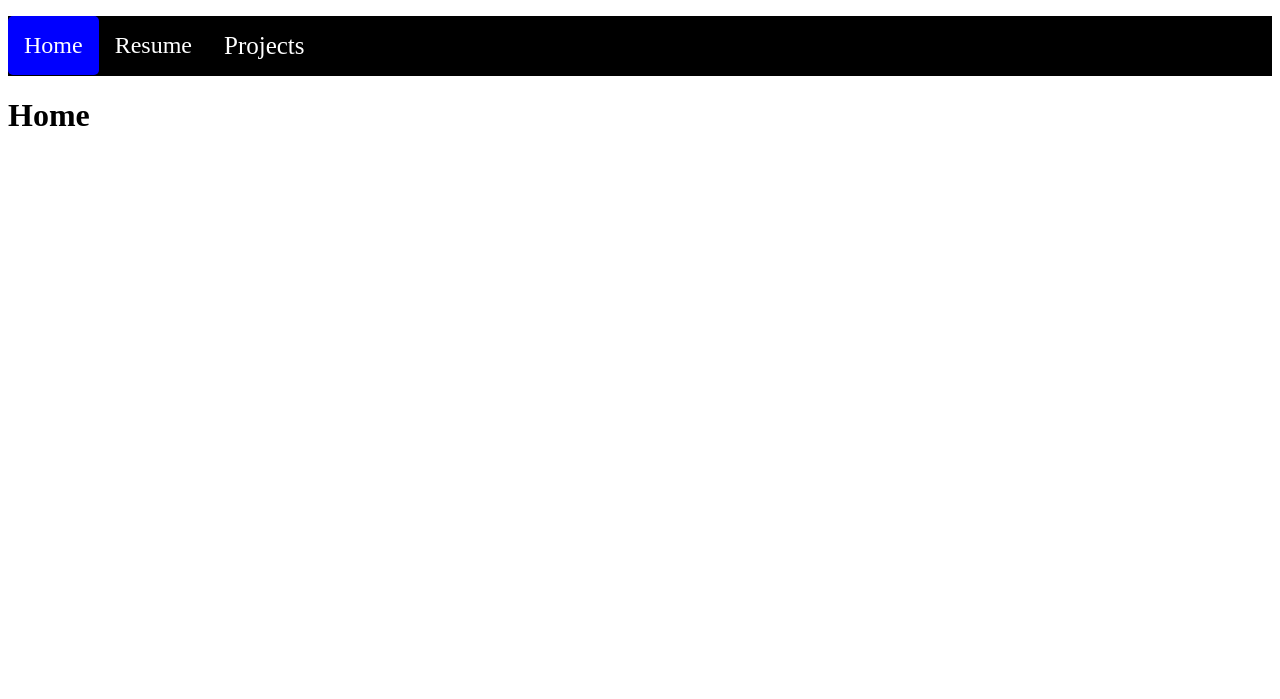
Repository: GunnarStone/GunnarStone.github.io
Page: index.html
The author's editor kept a record of every edit. The page is drawn from the files as they stood at one moment, then again after the next edit.
The browser window is 1280 px wide. The pictures show the whole page.

Above is the page before.

After the next edit:
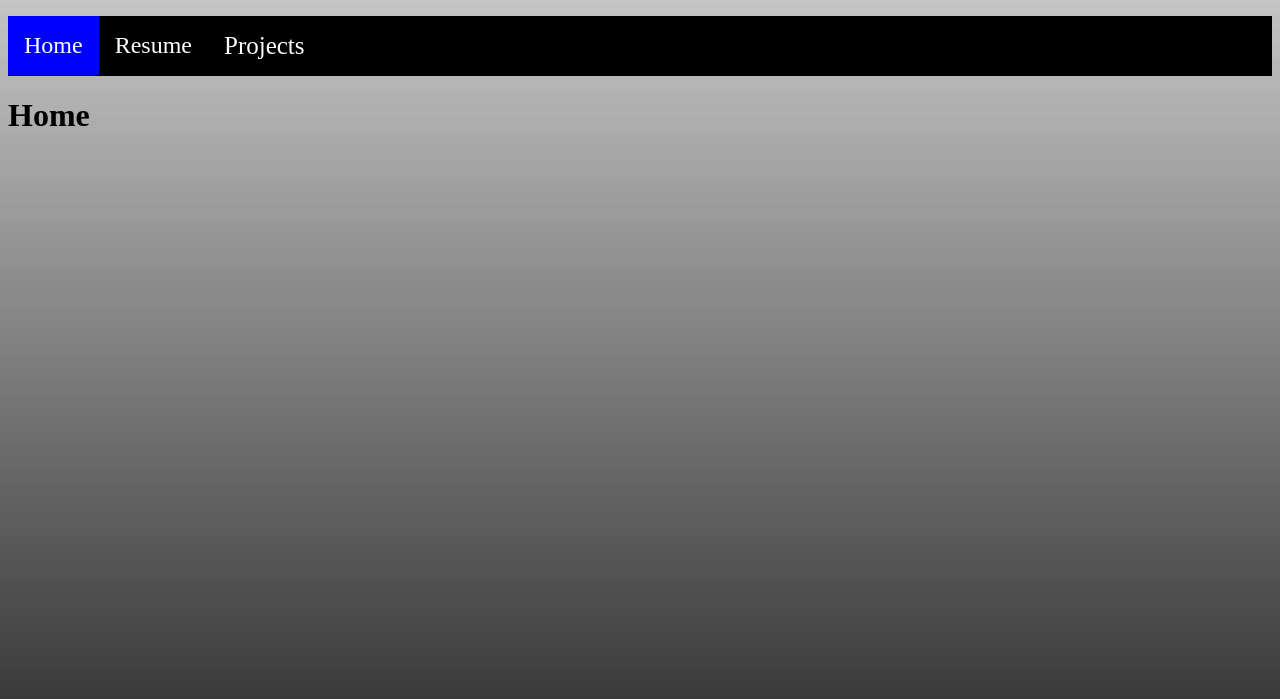
The edit:
--- a/index.html
+++ b/index.html
@@ -2,60 +2,7 @@
 <html>
 <head>
 <title>Home</title>
-<style>
-    .navbar {
-        list-style:none;
-        background-color:Black;
-        overflow: hidden;
-        padding:0;
-    }
-    .navbar a{
-        text-decoration:none;
-        color:white;
-        font-size:24px;
-        padding:16px;
-        display: inline-block;
-    }
-    .navbar li{
-        float:left;
-        border-radius: 5px;
-    }
-    .navbar li:hover{
-        background-color:Black;
-    }
-    .dropdown-cnt{
-        list-style:none;
-        padding:0;
-        display:none;
-    }
-    .dropdown-cnt li{
-        float:none;
-        padding:0;
-    }
-    .navbar a, dropdown div {
-        text-decoration:none;
-        color:white;
-        font-size:24px;
-        padding:16px;
-        display: inline-block;
-    }
-    .youre-Special{
-        font-size: 25px;
-        padding:16px;
-        color:white;
-        display:inline-block;
-    }
-    .dropdown:hover .dropdown-cnt{
-        display:block;
-    }
-    .navbar a:hover{
-        background-color:White;
-        color:black;
-    }
-    .active {
-        background-color:blue;
-    }
-</style>
+<link rel="stylesheet" type="text/css" href="style.css">
 </head>
 <body>
     <ul class=navbar>
